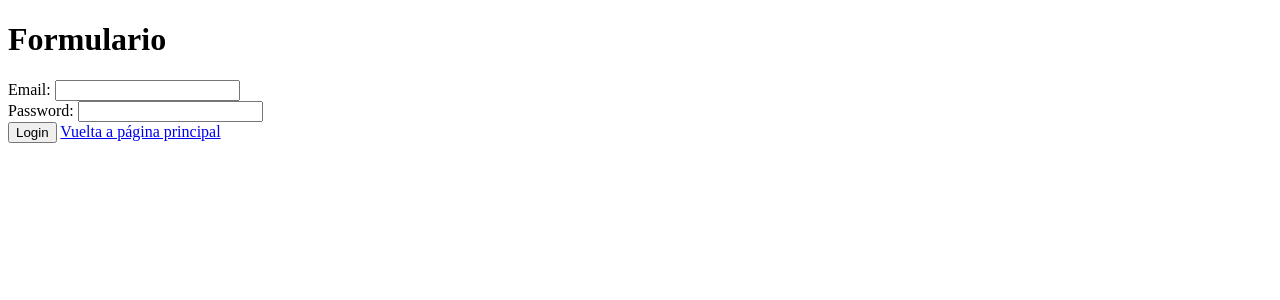
Repository: nachmz42/ProyectoJoker
Page: http://localhost/Joker/login.jsp
The author's editor kept a copy of each file at every save. The page is drawn from the files as they stood at one save, then again after the next save.
The browser window is 1280 px wide. The pictures show the whole page.
The page is served by Tomcat 9.

Above is the page before, as saved 2021-07-01 10:41:56.

After the next save:
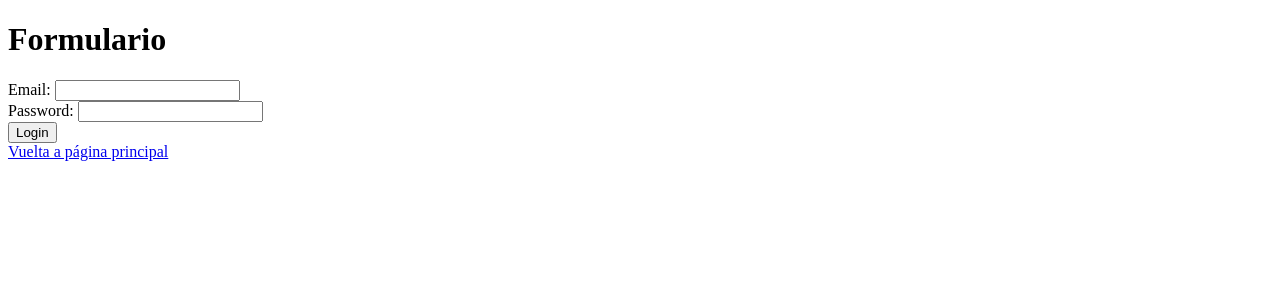
Saved 49 s later.
--- a/Joker/src/main/webapp/login.jsp
+++ b/Joker/src/main/webapp/login.jsp
@@ -14,7 +14,7 @@
 <label for="password">Password:</label>
 <input class="input" type="password"  name="password" required><br>
 <input type="submit" value="Login">
-<span style="color: red"><%=(request.getAttribute("msgerr") == null) ? "" : request.getAttribute("msgerr") %></span>
+<span style="color: red"><%=(request.getAttribute("msgerr") == null) ? "" : request.getAttribute("msgerr") %></span><br>
 
 <a href="index.jsp">Vuelta a página principal</a>
 </body>
